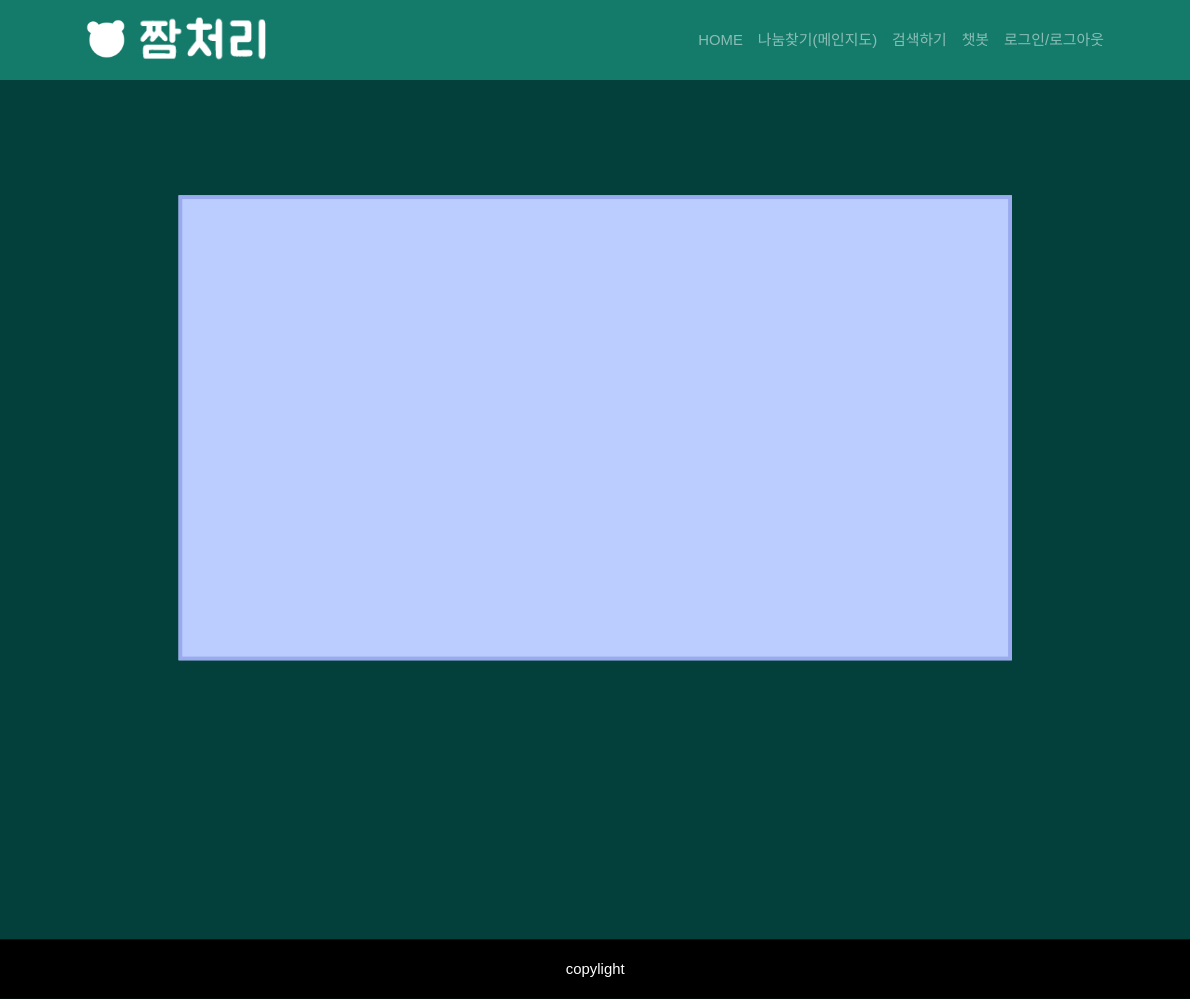
Repository: navang/JJAM_project
Page: http://localhost/jjam/jjam_7_result_fail.jsp
The author's editor kept a copy of each file at every save. The page is drawn from the files as they stood at one save, then again after the next save.
The browser window is 1280 px wide. The pictures show the whole page, at 93% of full size.
Some web fonts or font styles are not loaded; a fallback is used. Some web libraries are served in a nearby version. The page is served by Tomcat 9. Nobody is signed in. The application's start-up code is not run.

Above is the page before, as saved 2019-07-18 02:42:06.

After the next save:
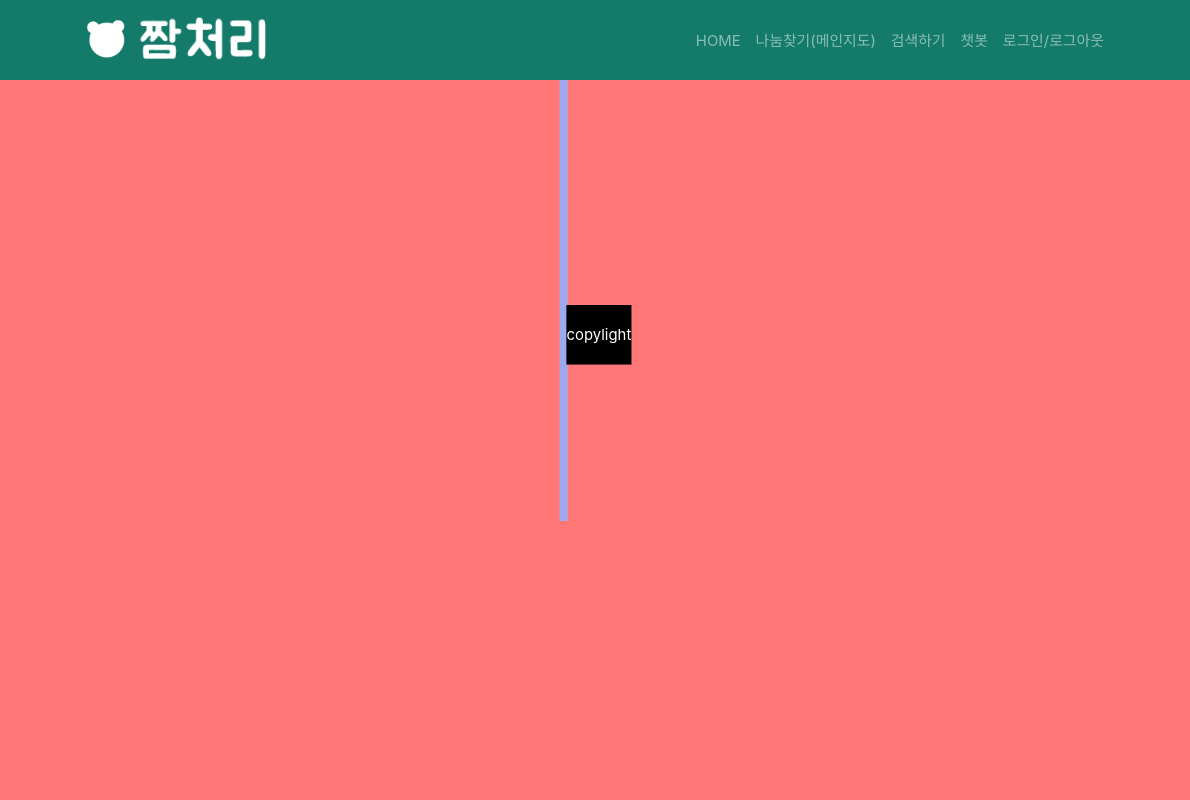
Saved 35 s later.
--- a/jjam/src/main/webapp/jjam_7_result_fail.jsp
+++ b/jjam/src/main/webapp/jjam_7_result_fail.jsp
@@ -23,7 +23,7 @@
 
 
     <link rel="stylesheet" href="./resources/style/main.css">
-    <link rel="stylesheet" href="./resources/style/login.css">
+    <link rel="stylesheet" href="./resources/style/fail.css">
 
     <script src="https://kit.fontawesome.com/825d367943.js"></script>
 <title>Insert title here</title>
